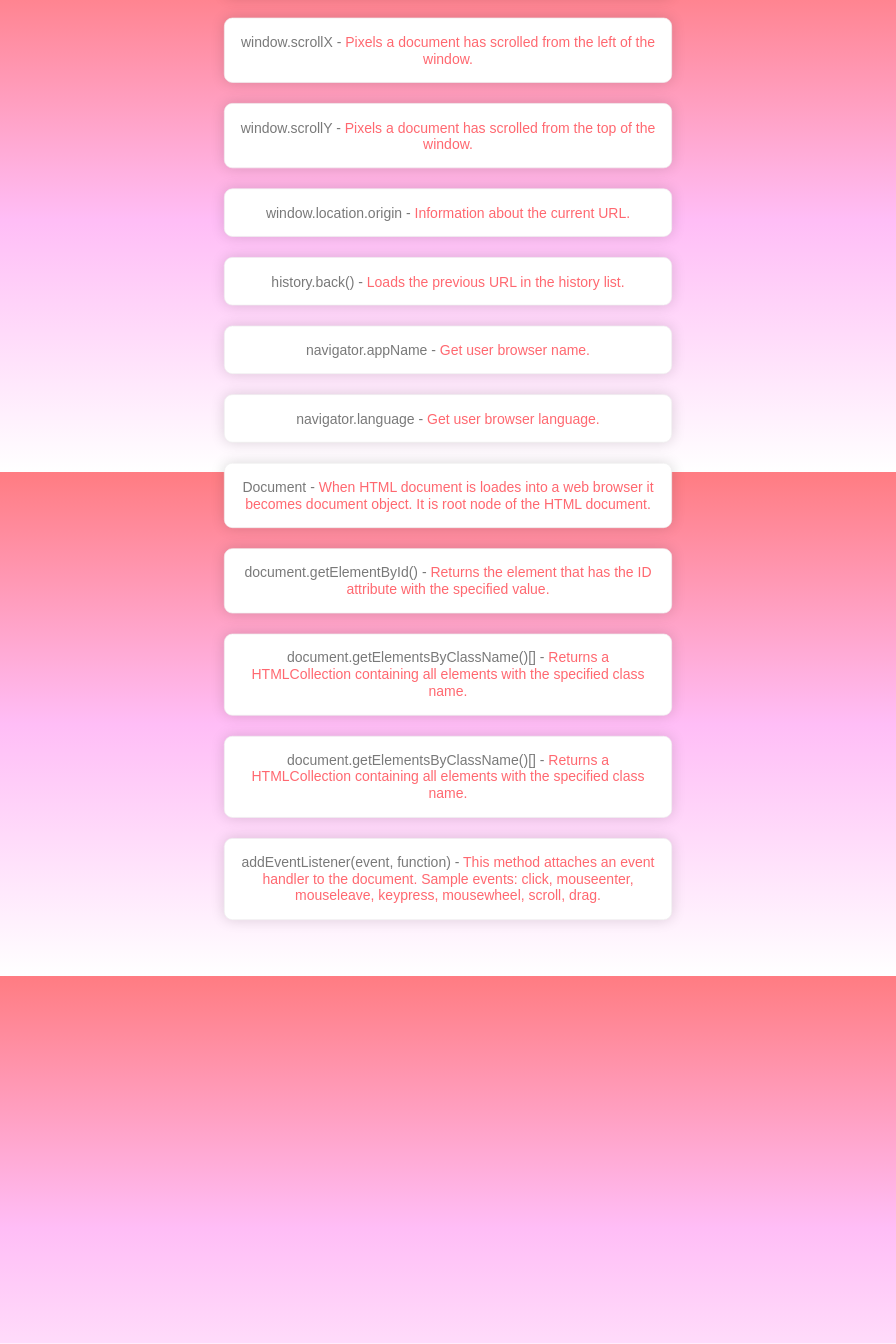
Repository: michalgornicki/javascript
Page: /#/Window
An editor plug-in stored every save of this project. The page is shown before and after a run of saves, followed by the edit.
The browser window is 1280 px wide. The pictures show the part of the page from y = 1485 to 3405 px (the page is 3405 px tall before and 3381 px after), at 70% of full size.
Backgrounds fixed to the window are drawn as part of the page. The project was rebuilt for these pictures with package versions that can differ from the ones it lists, and the page was loaded fresh each time. Also part of the build but not shown: src/index.css, src/components/arrays.jsx, src/components/variables.jsx, src/components/numbers.jsx, src/components/loops.jsx, src/components/async.jsx, src/components/DOM manipulation.jsx.

Above is the page before, as saved 2022-02-01 08:50:31.

### src/App.jsx
import React from "react";
import "./App.css";
import "bootstrap/dist/css/bootstrap.min.css";
import { Route, HashRouter as Router, Routes, Link } from "react-router-dom";
import Arrays from "./components/arrays.jsx"
import Variables from "./components/variables.jsx"
import Numbers from "./components/numbers.jsx"
import Loops from "./components/loops.jsx"
import Async from "./components/async.jsx"
import DOM from "./components/DOM manipulation.jsx"
import Window from "./components/window.jsx"

function App() {


  return (
    <Router>
    <div className="text-center">
      <div className="display-1 mt-1 mb-5 text-white">Javascript repeat course</div>

      <div className="h3 d-flex w-75 m-auto my-5 justify-content-evenly flex-wrap text-white">

      <Link className="link-style mx-3" to="/">Arrays and objects</Link>
      <Link className="link-style mx-3" to="/Numbers">Numbers</Link>
      <Link className="link-style mx-3" to="/Variables">Variables</Link>
      <Link className="link-style mx-3" to="/Loops">Loops</Link>
      <Link className="link-style mx-3" to="/Async">Async</Link>
      <Link className="link-style mx-3" to="/DOM">DOM</Link>
      <Link className="link-style mx-3" to="/Window">Window</Link>


      </div>

      <Routes>
          <Route path="/" element={<Arrays />} />
          <Route path="/Numbers" element={<Numbers />} />
          <Route path="/Variables" element={<Variables />} />
          <Route path="/Loops" element={<Loops />} />
          <Route path="/Async" element={<Async />} />
          <Route path="/DOM" element={<DOM />} />
          <Route path="/Window" element={<Window />} />
        </Routes>


    </div>
    </Router>
  );
}

export default App;

### src/App.css
body{
    font-family: Arial, Helvetica, sans-serif!important;
    overflow-x: hidden;
    padding-bottom: 80vh;
    height: auto;
    background: linear-gradient(0deg, rgb(255, 255, 255), rgb(255, 189, 246), rgb(255, 124, 130));
    background-attachment: fixed;
}

.js-item{
    color:rgb(121, 121, 121);
    background-color: white;
    transition: 0.2s;
    padding: 3vh;
    margin-bottom: 4vh!important;
    border: 1px solid rgb(240, 240, 240);
    width: 50%;
    margin-left: auto;
    margin-right: auto;
    box-shadow: 0px 0px 20px rgba(0, 0, 0, 0.15);
    border-radius: 0.75rem;
}

.js-item:hover{
    cursor: pointer;
    background-color: rgb(240, 240, 240);
}

.text-pink{
    color:rgb(255, 104, 112)!important;
}

.link-style{
    color: inherit;
    text-decoration: inherit;
}

.link-style:hover{
    color: rgb(255, 104, 112);
}

@media only screen and (max-device-width: 600px), (max-width: 600px) {

    .js-item{
        width: 95%;
    }

}

### src/components/window.jsx
const Window = () => {
  return (
    <div className="">
      <div className="js-item h5">
        {" "}
        <span className="">{"Window"} -</span>
        <span className="text-pink"> This object represents an open window in a browser.</span> <br />
      </div>
      <div className="js-item h5">
        {" "}
        <span className="">{"setInterval(() => function(), 500)"} -</span>
        <span className="text-pink"> Repeat function() every 500 miliseconds </span> <br />
      </div>
      <div className="js-item h5">
        {" "}
        <span className="">{"clearInterval(myInterval)"} -</span>
        <span className="text-pink"> Clear myInterval from executing </span> <br />
      </div>
      <div className="js-item h5">
        {" "}
        <span className="">{"setTimeout(() => function(), 500)"} -</span>
        <span className="text-pink"> Execute function() after 500 miliseconds </span> <br />
      </div>
      <div className="js-item h5">
        {" "}
        <span className="">{"clearTimeout(MyTimeout)"} -</span>
        <span className="text-pink"> Prevent MyTimeout from executing </span> <br />
      </div>
      <div className="js-item h5">
        {" "}
        <span className="">{"alert(message)"} -</span>
        <span className="text-pink"> Display alert box with your message </span> <br />
      </div>
      <div className="js-item h5">
        {" "}
        <span className="">{"confirm(do you accept conditions?)"} -</span>
        <span className="text-pink"> Display confirm box with choice </span> <br />
      </div>
      <div className="js-item h5">
        {" "}
        <span className="">{"prompt(Enter your first name)"} -</span>
        <span className="text-pink"> Display prompt box to enter value </span> <br />
      </div>
      <div className="js-item h5">
        {" "}
        <span className="">{"window.open()"} -</span>
        <span className="text-pink"> Open new window </span> <br />
      </div>
      <div className="js-item h5">
        {" "}
        <span className="">{"window(close)"} -</span>
        <span className="text-pink"> Close current window </span> <br />
      </div>
      <div className="js-item h5">
        {" "}
        <span className="">{"window.innerWidth"} -</span>
        <span className="text-pink"> Inner width of browser window </span> <br />
      </div>
      <div className="js-item h5">
        {" "}
        <span className="">{"window.innerHeight"} -</span>
        <span className="text-pink"> Inner height of browser window </span> <br />
      </div>
      <div className="js-item h5">
        {" "}
        <span className="">{"window.scrollX"} -</span>
        <span className="text-pink"> Pixels a document has scrolled from the left of the window.</span> <br />
      </div>
      <div className="js-item h5">
        {" "}
        <span className="">{"window.scrollY"} -</span>
        <span className="text-pink"> Pixels a document has scrolled from the top of the window. </span> <br />
      </div>
      <div className="js-item h5">
        {" "}
        <span className="">{"window.location.origin"} -</span>
        <span className="text-pink"> Information about the current URL.</span> <br />
      </div>
      <div className="js-item h5">
        {" "}
        <span className="">{"history.back()"} -</span>
        <span className="text-pink"> Loads the previous URL in the history list.</span> <br />
      </div>
      <div className="js-item h5">
        {" "}
        <span className="">{"navigator.appName"} -</span>
        <span className="text-pink"> Get user browser name.</span> <br />
      </div>
      <div className="js-item h5">
        {" "}
        <span className="">{"navigator.language"} -</span>
        <span className="text-pink"> Get user browser language.</span> <br />
      </div>
      <div className="js-item h5">
        {" "}
        <span className="">{"Document"} -</span>
        <span className="text-pink"> When HTML document is loades into a web browser it becomes document object. It is root node of the HTML document.</span> <br />
      </div>
      <div className="js-item h5">
        {" "}
        <span className="">{"document.getElementById()"} -</span>
        <span className="text-pink"> Returns the element that has the ID attribute with the specified value.</span> <br />
      </div>
      <div className="js-item h5">
        {" "}
        <span className="">{"document.getElementsByClassName()[]"} -</span>
        <span className="text-pink"> Returns a HTMLCollection containing all elements with the specified class name.</span> <br />
      </div>
      <div className="js-item h5">
        {" "}
        <span className="">{"document.getElementsByClassName()[]"} -</span>
        <span className="text-pink"> Returns a HTMLCollection containing all elements with the specified class name.</span> <br />
      </div>
      <div className="js-item h5">
        {" "}
        <span className="">{`addEventListener(event, function)`} -</span>
        <span className="text-pink"> This method attaches an event handler to the document. Sample events: click, mouseenter, mouseleave, keypress, mousewheel, scroll, drag.</span> <br />
      </div>

    </div>
  );
};

export default Window;

Loaded but not shown: public/index.html (common file); src/index.js (common file); src/reportWebVitals.js (common file)

After the next 2 saves:
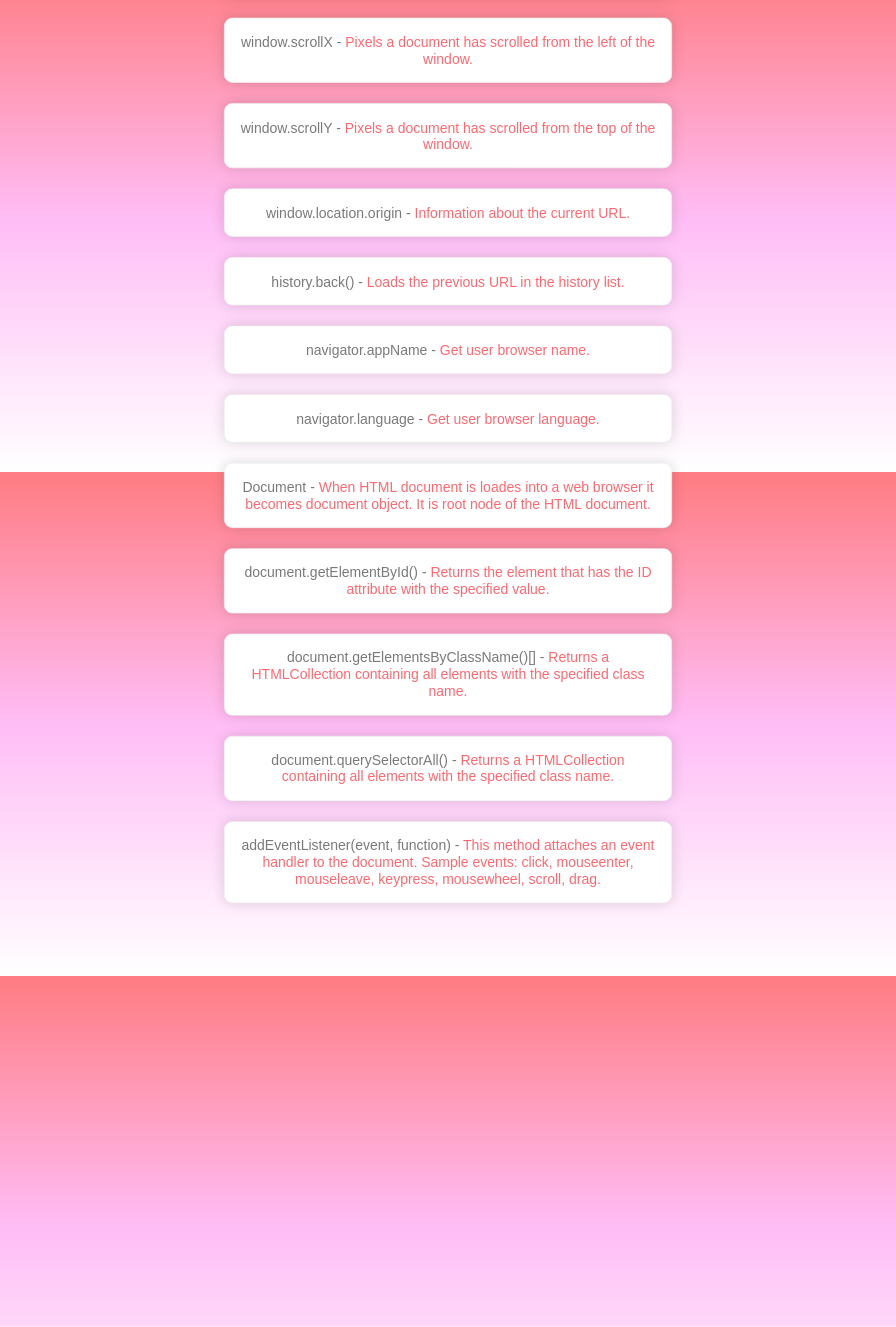
The 2 saves are shown as one change because they came seconds apart.
The last was saved 7 s later.
--- a/src/components/window.jsx
+++ b/src/components/window.jsx
@@ -108,7 +108,7 @@ const Window = () => {
       </div>
       <div className="js-item h5">
         {" "}
-        <span className="">{"document.getElementsByClassName()[]"} -</span>
+        <span className="">{"document.querySelectorAll()"} -</span>
         <span className="text-pink"> Returns a HTMLCollection containing all elements with the specified class name.</span> <br />
       </div>
       <div className="js-item h5">
